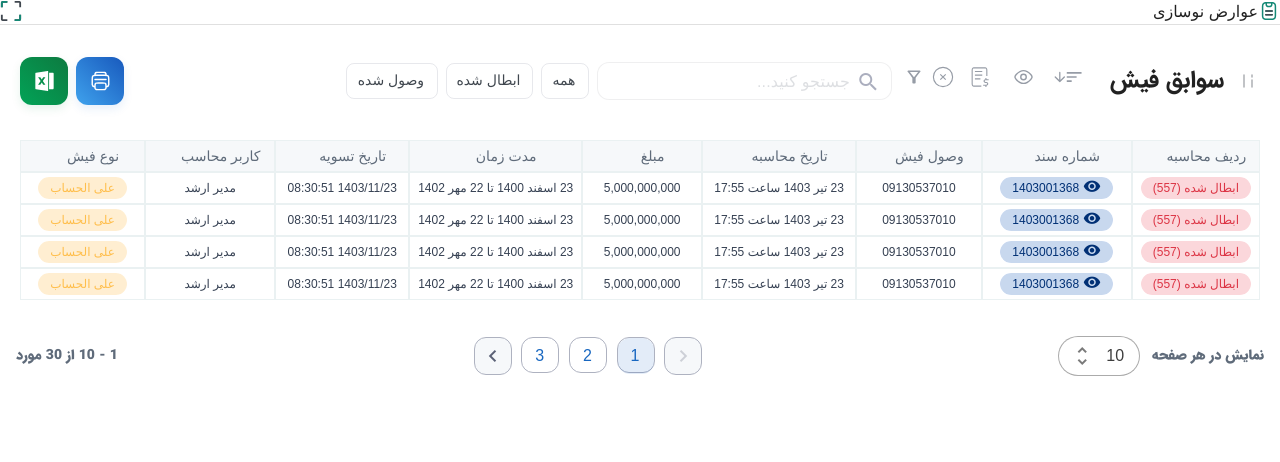
Repository: mobinazarein/data-table
Page: /
An editor plug-in stored every save of this project. The page is shown before and after the next save, followed by the edit.
The browser window is 1280 px wide. The pictures show the whole page.
Some web fonts or font styles are not loaded; a fallback is used. The project was rebuilt for these pictures with package versions that can differ from the ones it lists, and the page was loaded fresh each time. Also part of the build but not shown: vue.config.js.

Above is the page before, as saved 2025-03-26 13:32:48.

### public/index.html
<!DOCTYPE html>
<html lang="en" dir="rtl">
  <head>
    <meta charset="utf-8">
    <meta http-equiv="X-UA-Compatible" content="IE=edge">
    <meta name="viewport" content="width=device-width,initial-scale=1.0">
    <link rel="icon" href="<%= BASE_URL %>favicon.ico">
    <title><%= htmlWebpackPlugin.options.title %></title>
  </head>
  <body>
    <noscript>
      <strong>We're sorry but <%= htmlWebpackPlugin.options.title %> doesn't
        work properly without JavaScript enabled. Please enable it to
        continue.</strong>
    </noscript>
    <div id="app"></div>
    <!-- built files will be auto injected -->
  </body>
</html>

### src/App.vue
<template>
  <v-app dir="rtl">
    <v-locale-provider :rtl="true">
      <div dir="rtl">
        <TopHeader />
        <DataTable :headers="pageData.headers" :items="pageData.items" :showExportButtons="true" :itemsPerPage="20"
          :showSearchBtn="true" :items-per-page="10" :customStyles="[
            { key: 'row', bgColor: '#FFEEF0', textColor: '#DC3545' },
            { key: 'documentNumber', bgColor: '#E4EFFF', textColor: '#013075', icon: 'mdi-eye', iconColor: '#013075', iconSize: '18px' },
            { key: 'receiptType', bgColor: '#FFBE4C26', textColor: '#FFBE4C' }
          ]" title="سوابق فیش" :iconComponent="PauseIcon"
          :iconList="[PaginationIcon, EyeIcon, InvoiceIcon, CircleCross, FilterIcon]"
          :mobileIconList="[PaginationIcon, EyeIcon, InvoiceIcon, CircleCross, FilterIcon, PrinterIcon, ExcelIcon]"
          :buttons="pageData.buttonList" :mobileFilterButtons="pageData.mobileBtn" :actions="actions" />
      </div>
    </v-locale-provider>
  </v-app>
</template>

<script setup>
import TopHeader from './layouts/TopHeader.vue';
import DataTable from './components/DataTable.vue';
import PauseIcon from './assets/Icons/PauseIcon.vue';
import PaginationIcon from '@/assets/Icons/PaginationIcon.vue';
import EyeIcon from '@/assets/Icons/EyeIcon.vue';
import InvoiceIcon from '@/assets/Icons/InvoiceIcon.vue';
import CircleCross from '@/assets/Icons/CircleCross.vue';
import FilterIcon from '@/assets/Icons/FilterIcon.vue';
import PrinterIcon from '@/assets/Icons/PrinterIcon.vue';
import ExcelIcon from '@/assets/Icons/ExcelIcon.vue';
import { ref } from 'vue';
const pageData = ref({
  headers: [
    { title: 'ردیف محاسبه', key: 'row', align: 'center', sortable: true, width: '121px' },
    { title: 'شماره سند', key: 'documentNumber', align: 'center', sortable: true, width: '165px' },
    { title: 'وصول فیش', key: 'receiptStatus', align: 'center', sortable: true, width: '139px' },
    { title: 'تاریخ محاسبه', key: 'calculationDate', align: 'center', sortable: true, width: '159px' },
    { title: 'مبلغ', key: 'amount', align: 'center', sortable: true, width: '139px' },
    { title: 'مدت زمان', key: 'duration', align: 'center', sortable: true, width: '165px' },
    { title: 'تاریخ تسویه', key: 'settlementDate', align: 'center', sortable: true, width: '139px' },
    { title: 'کاربر محاسب', key: 'user', align: 'center', sortable: true, width: '139px' },
    { title: 'نوع فیش', key: 'receiptType', align: 'center', sortable: true, width: '139px' },
    // { title: 'عملیات', key: 'actions', align: 'center', sortable: true, width: '139px' }
  ],
  items: [
    {
      row: 'ابطال شده (557)',
      documentNumber: '1403001368',
      receiptStatus: '09130537010',
      calculationDate: '23 تیر 1403 ساعت 17:55',
      amount: '5,000,000,000',
      duration: '23 اسفند 1400 تا 22 مهر 1402',
      settlementDate: '1403/11/23 08:30:51',
      user: 'مدیر ارشد',
      receiptType: 'علی الحساب',
    },
    {
      row: 'ابطال شده (557)',
      documentNumber: '1403001368',
      receiptStatus: '09130537010',
      calculationDate: '23 تیر 1403 ساعت 17:55',
      amount: '5,000,000,000',
      duration: '23 اسفند 1400 تا 22 مهر 1402',
      settlementDate: '1403/11/23 08:30:51',
      user: 'مدیر ارشد',
      receiptType: 'علی الحساب'
    },
    {
      row: 'ابطال شده (557)',
      documentNumber: '1403001368',
      receiptStatus: '09130537010',
      calculationDate: '23 تیر 1403 ساعت 17:55',
      amount: '5,000,000,000',
      duration: '23 اسفند 1400 تا 22 مهر 1402',
      settlementDate: '1403/11/23 08:30:51',
      user: 'مدیر ارشد',
      receiptType: 'علی الحساب'
    }, {
      row: 'ابطال شده (557)',
      documentNumber: '1403001368',
      receiptStatus: '09130537010',
      calculationDate: '23 تیر 1403 ساعت 17:55',
      amount: '5,000,000,000',
      duration: '23 اسفند 1400 تا 22 مهر 1402',
      settlementDate: '1403/11/23 08:30:51',
      user: 'مدیر ارشد',
      receiptType: 'علی الحساب'
    }
  ],
  buttonList: [
    { label: 'همه', width: 48 },
    { label: 'ابطال شده', width: 87 },
    { label: 'وصول شده', width: 92 },
  ],
  mobileBtn: [
    { label: "همه", width: 44, borderRadius: 62 },
    { label: "ابطال شده", width: 80, borderRadius: 42 },
    { label: "وصول شده", width: 89, borderRadius: 42 }
  ]
}).value;
const actions = [
  { icon: 'mdi-pencil', method: editItem },
  { icon: 'mdi-delete', method: deleteItem },
];
function editItem() {
  console.log('edit');
}
function deleteItem() {
  console.log('delete');

}
</script>
<style>
body {
  font-family: "IRANSans", sans-serif;
}
</style>

### src/assets/base.scss
// @import "./styles/fonts";

*,
*::before,
*::after {
  box-sizing: border-box;
  margin: 0;
  font-weight: normal;
  font-family: "IRANSans", sans-serif;
  letter-spacing: 0;
}

body {
  font-family: "IRANSans", sans-serif !important;
}
h1,
h2 {
  font-family: "IRANSans", sans-serif;
  font-weight: 700;
}
p {
  font-family: "IRANSans", sans-serif;
  font-weight: 400;
}
.v-field.v-field--center-affix.v-field--prepended.v-field--variant-outlined.v-theme--light.v-locale--is-rtl {
  border-radius: 12px !important;
}
.v-field__prepend-inner {
  color: #737993;
}

label.v-label.v-field-label {
  color: #c7cacf;
}

.v-field.v-field--center-affix.v-field--prepended.v-field--variant-outlined.v-theme--light.v-locale--is-rtl {
  color: #77787f4d;
}
/* .v-table__wrapper {
  overflow: hidden;
} */
.v-data-table thead {
  background-color: #f6f8fa !important;
  width: 138.41665649414062px;
  height: 32px !important;
}

.v-data-table thead th {
  height: 32px !important;
  color: #5f6b7a !important;
  font-weight: 700 !important;
  border: 1px solid #eaf1f2 !important;
  padding: 0 8px !important;
}

.v-data-table tbody tr td {
  height: 32px !important;
  color: #364153 !important;
  font-weight: 500 !important;
  border: 1px solid #eaf1f2 !important;
  white-space: nowrap !important;
  overflow: hidden !important;
  text-overflow: ellipsis !important;
  height: 32px !important;
  padding: 0 8px !important;
  font-size: 12px !important;
  padding: 0 8px !important;
  font-weight: 400 !important;
}

.v-data-table tbody tr {
  height: 32px !important;
}

td.v-data-table__td.v-data-table-column--align-center {
  font-size: 12px !important;
  height: 32px !important;
}

th {
  white-space: nowrap;
}

.custom-pagination .v-pagination__item {
  border-radius: 12px !important;
  min-width: 36px !important;
  height: 36px !important;
  font-size: 14px !important;
  color: #5b6176 !important;
  border: 1px solid #aeb2c0 !important;
}

.custom-pagination .v-pagination__item--active {
  border-radius: 12px !important;
  min-width: 36px !important;
  height: 36px !important;
  background-color: #b8dada !important;
  color: #148976 !important;
  border: 1px solid #148976 !important;
  font-weight: bold !important;
  box-shadow: none !important;
}
button.v-btn.v-btn--icon.v-theme--light.text-primary.v-btn--density-comfortable.v-btn--rounded.v-btn--size-default.v-btn--variant-text {
  border-radius: 12px !important;
}

.custom-pagination .v-pagination__prev,
.custom-pagination .v-pagination__next {
  border-radius: 12px !important;
  background-color: #f6f8fa !important;
  color: #5b6176 !important;
  border: 1px solid #aeb2c0 !important;
}
.mdi-chevron-right::before {
  color: #5b6176 !important;
}

.mdi-chevron-left::before {
  color: #5b6176 !important;
}

.custom-pagination .v-pagination__prev:hover,
.custom-pagination .v-pagination__next:hover,
.custom-pagination .v-pagination__prev:focus,
.custom-pagination .v-pagination__next:focus,
.custom-pagination .v-pagination__prev.v-pagination__item--active,
.custom-pagination .v-pagination__next.v-pagination__item--active {
  border: 1px solid #148976 !important;
  color: #148976 !important;
}

.custom-pagination .v-pagination__item--active,
.custom-pagination .v-pagination__item:focus {
  border-radius: 12px !important;
  min-width: 36px !important;
  height: 36px !important;
  background-color: #d8eef2 !important;
  color: #148976 !important;
  border: 1px solid #148976 !important;
  font-weight: bold !important;
}

.custom-pagination .v-pagination__item:hover {
  border: 1px solid #148976 !important;
  color: #148976 !important;
}

.custom-pagination .v-pagination__prev:hover,
.custom-pagination .v-pagination__next:hover {
  border: 1px solid #148976 !important;
  color: #148976 !important;
}

### src/layouts/TopHeader.vue
<template>
    <div class="d-flex justify-space-between items-center p-6 border-b border-[#ADB0B433] select-none">
        <div class="d-flex flex-row gap-x-1.25">
            <ClipBoard />
            <div class="h-5 text-nowrap">عوارض نوسازی</div>
        </div>
        <FullScreen class="cursor-pointer" @click="toggleFullscreen" />
    </div>
</template>
<script setup>
import ClipBoard from "../assets/Icons/headers/ClipboardIcon.vue";
import FullScreen from "../assets/Icons/headers/FullScreen.vue";
const toggleFullscreen = () => {
    if (document.fullscreenElement) {
        if (document.exitFullscreen) {
            document.exitFullscreen();
        } else if (document.webkitExitFullscreen) {
            // Safari
            document.webkitExitFullscreen();
        } else if (document.mozCancelFullScreen) {
            // Firefox
            document.mozCancelFullScreen();
        } else if (document.msExitFullscreen) {
            // IE/Edge
            document.msExitFullscreen();
        }
    } else {
        const doc = document.documentElement;
        if (doc.requestFullscreen) {
            doc.requestFullscreen();
        } else if (doc.mozRequestFullScreen) {
            // Firefox
            doc.mozRequestFullScreen();
        } else if (doc.webkitRequestFullscreen) {
            // Chrome, Safari, Opera
            doc.webkitRequestFullscreen();
        } else if (doc.msRequestFullscreen) {
            // IE/Edge
            doc.msRequestFullscreen();
        }
    }
};
</script>
<style scoped></style>

### src/assets/Icons/PauseIcon.vue
<template>
    <svg width="24" height="24" viewBox="0 0 24 24" fill="none" xmlns="http://www.w3.org/2000/svg">
        <path d="M8 6V18M16 6V8M16 18V11" stroke="#ADB0B4" stroke-width="1.5" stroke-linecap="round"
            stroke-linejoin="round" />
    </svg>
</template>

### src/assets/Icons/PaginationIcon.vue
<template>
    <svg width="36" height="48" viewBox="0 0 36 48" fill="none" xmlns="http://www.w3.org/2000/svg">
<path d="M9.79481 19.4529V28.5469M9.79481 28.5469L14.3418 23.9999M9.79481 28.5469L5.2478 23.9999" stroke="#969CA6" stroke-width="1.29915" stroke-linecap="round" stroke-linejoin="round"/>
<path d="M16.7693 28.9231H21.6924V27.282H16.7693V28.9231ZM16.7693 19.0769V20.7179H31.5385V19.0769H16.7693ZM16.7693 24.8205H26.6154V23.1795H16.7693V24.8205Z" fill="#969CA6"/>
</svg>
</template>

### src/assets/Icons/EyeIcon.vue
<template>
    <svg width="37" height="48" viewBox="0 0 37 48" fill="none" xmlns="http://www.w3.org/2000/svg">
<path d="M18.5 17.5833C21.4713 17.5833 24.0781 19.7396 25.7446 21.5522C26.4843 22.3568 26.8542 22.7591 26.979 23.5925C27.0096 23.7966 27.0096 24.2033 26.979 24.4073C26.8542 25.2407 26.4843 25.643 25.7446 26.4477C24.0781 28.2603 21.4713 30.4166 18.5 30.4166C15.5288 30.4166 12.922 28.2603 11.2555 26.4477C10.5158 25.643 10.1459 25.2407 10.0211 24.4073C9.99049 24.2033 9.99049 23.7966 10.0211 23.5925C10.1459 22.7591 10.5158 22.3568 11.2555 21.5522C12.922 19.7396 15.5288 17.5833 18.5 17.5833Z" stroke="#969CA6" stroke-width="1.375" stroke-linejoin="round"/>
<path d="M21.25 24C21.25 25.5188 20.0188 26.75 18.5 26.75C16.9812 26.75 15.75 25.5188 15.75 24C15.75 22.4812 16.9812 21.25 18.5 21.25C20.0188 21.25 21.25 22.4812 21.25 24Z" stroke="#969CA6" stroke-width="1.375" stroke-linejoin="round"/>
</svg>
</template>

### src/assets/Icons/InvoiceIcon.vue
<template>
    <svg width="35" height="48" viewBox="0 0 35 48" fill="none" xmlns="http://www.w3.org/2000/svg">
<path d="M26.6666 26.1999H23.9166V27.2999H26.6666V26.1999ZM23.9166 26.1999H23.4583V27.2999H23.9166V26.1999ZM23.4583 30.0499H24.375V28.9499H23.4583V30.0499ZM24.375 31.6999H23.9166V32.7999H24.375V31.6999ZM23.9166 31.6999H21.1666V32.7999H23.9166V31.6999ZM25.2 30.8749C25.2 31.3306 24.8306 31.6999 24.375 31.6999V32.7999C25.4381 32.7999 26.3 31.9381 26.3 30.8749H25.2ZM24.375 30.0499C24.8306 30.0499 25.2 30.4193 25.2 30.8749H26.3C26.3 29.8118 25.4381 28.9499 24.375 28.9499V30.0499ZM21.5333 28.1249C21.5333 29.1881 22.3951 30.0499 23.4583 30.0499V28.9499C23.0027 28.9499 22.6333 28.5806 22.6333 28.1249H21.5333ZM23.4583 26.1999C22.3951 26.1999 21.5333 27.0618 21.5333 28.1249H22.6333C22.6333 27.6693 23.0027 27.2999 23.4583 27.2999V26.1999ZM24.4666 26.7499V24.9166H23.3666V26.7499H24.4666ZM23.3666 32.2499V34.0833H24.4666V32.2499H23.3666ZM13.8333 15.3833H21.1666V14.2833H13.8333V15.3833ZM19.3333 32.6166H13.8333V33.7166H19.3333V32.6166ZM10.7166 29.4999V18.4999H9.61663V29.4999H10.7166ZM13.8333 32.6166C12.9535 32.6166 12.349 32.6154 11.8949 32.5544C11.4567 32.4954 11.2418 32.39 11.0925 32.2407L10.3147 33.0185C10.7024 33.4062 11.1881 33.5692 11.7483 33.6446C12.2928 33.7178 12.9846 33.7166 13.8333 33.7166V32.6166ZM9.61663 29.4999C9.61663 30.3486 9.61546 31.0405 9.68865 31.5849C9.76397 32.1451 9.92698 32.6308 10.3147 33.0185L11.0925 32.2407C10.9432 32.0914 10.8378 31.8766 10.7788 31.4383C10.7178 30.9842 10.7166 30.3797 10.7166 29.4999H9.61663ZM21.1666 15.3833C22.0464 15.3833 22.6509 15.3844 23.105 15.4455C23.5433 15.5044 23.7582 15.6099 23.9074 15.7591L24.6852 14.9813C24.2975 14.5936 23.8118 14.4306 23.2516 14.3553C22.7072 14.2821 22.0153 14.2833 21.1666 14.2833V15.3833ZM25.3833 18.4999C25.3833 17.6512 25.3845 16.9594 25.3113 16.415C25.2359 15.8547 25.0729 15.369 24.6852 14.9813L23.9074 15.7591C24.0567 15.9084 24.1622 16.1233 24.2211 16.5615C24.2821 17.0156 24.2833 17.6201 24.2833 18.4999H25.3833ZM13.8333 14.2833C12.9846 14.2833 12.2928 14.2821 11.7483 14.3553C11.1881 14.4306 10.7024 14.5936 10.3147 14.9813L11.0925 15.7591C11.2418 15.6099 11.4567 15.5044 11.8949 15.4455C12.349 15.3844 12.9535 15.3833 13.8333 15.3833V14.2833ZM10.7166 18.4999C10.7166 17.6201 10.7178 17.0156 10.7788 16.5615C10.8378 16.1233 10.9432 15.9084 11.0925 15.7591L10.3147 14.9813C9.92698 15.369 9.76397 15.8547 9.68865 16.415C9.61546 16.9594 9.61663 17.6512 9.61663 18.4999H10.7166ZM24.2833 18.4999V23.0833H25.3833V18.4999H24.2833ZM12.9166 19.0499H20.25V17.9499H12.9166V19.0499ZM12.9166 22.7166H20.25V21.6166H12.9166V22.7166ZM12.9166 26.3833H18.4166V25.2833H12.9166V26.3833Z" fill="#969CA6"/>
</svg>
</template>

### src/assets/Icons/CircleCross.vue
<template>
    <svg width="22" height="22" viewBox="0 0 21 20" fill="none" xmlns="http://www.w3.org/2000/svg">
        <path
            d="M7.90736 7.40719L13.0928 12.5926M13.0927 7.40719L7.90726 12.5926M19.6667 9.99992C19.6667 15.0625 15.5627 19.1666 10.5 19.1666C5.43743 19.1666 1.33337 15.0625 1.33337 9.99992C1.33337 4.93731 5.43743 0.833252 10.5 0.833252C15.5627 0.833252 19.6667 4.93731 19.6667 9.99992Z"
            stroke="#969CA6" stroke-width="1.1" />
    </svg>
</template>

### src/assets/Icons/FilterIcon.vue
<template>
    <svg width="20" height="20" viewBox="0 0 20 20" fill="none" xmlns="http://www.w3.org/2000/svg">
<path d="M5.90159 5.07682H14.1067L9.99595 10.246L5.90159 5.07682ZM3.64518 4.75682C5.30262 6.88194 8.36313 10.8204 8.36313 10.8204V15.7435C8.36313 16.1948 8.73236 16.564 9.18364 16.564H10.8247C11.276 16.564 11.6452 16.1948 11.6452 15.7435V10.8204C11.6452 10.8204 14.6975 6.88194 16.3549 4.75682C16.7734 4.21528 16.3877 3.43579 15.7067 3.43579H4.29339C3.61236 3.43579 3.22672 4.21528 3.64518 4.75682Z" fill="#969CA6"/>
</svg>
</template>

### src/assets/Icons/PrinterIcon.vue
<template>
    <svg
      width="23"
      height="24"
      viewBox="0 0 23 24"
      fill="none"
      xmlns="http://www.w3.org/2000/svg"
      :style="{ color: iconColor }"
    >
      <path
        d="M6 10.5641H17M6 17.7447V17.7447C5.66891 17.7447 5.50337 17.7447 5.36418 17.7283C4.26359 17.599 3.39569 16.7311 3.26636 15.6305C3.25 15.4913 3.25 15.3257 3.25 14.9947V10.5641C3.25 8.76909 3.25 7.87158 3.70712 7.24241C3.85475 7.03921 4.03345 6.86052 4.23664 6.71289C4.86582 6.25577 5.76332 6.25577 7.55833 6.25577H15.4417C17.2367 6.25577 18.1342 6.25577 18.7634 6.71289C18.9666 6.86052 19.1452 7.03921 19.2929 7.24241C19.75 7.87158 19.75 8.76909 19.75 10.5641V14.9947C19.75 15.3257 19.75 15.4913 19.7336 15.6305C19.6043 16.7311 18.7364 17.599 17.6358 17.7283C17.4966 17.7447 17.3311 17.7447 17 17.7447V17.7447M6 17.7447V17.7447C6 18.6368 6 19.0829 6.14576 19.4348C6.3401 19.904 6.71286 20.2768 7.18205 20.4711C7.53393 20.6169 7.98003 20.6169 8.87222 20.6169H14.1278C15.02 20.6169 15.4661 20.6169 15.818 20.4711C16.2871 20.2768 16.6599 19.904 16.8542 19.4348C17 19.0829 17 18.6368 17 17.7447V17.7447M6 17.7447V17.3617C6 15.9257 6 15.2077 6.3657 14.7043C6.4838 14.5418 6.62676 14.3988 6.78931 14.2807C7.29265 13.915 8.01066 13.915 9.44667 13.915H13.5533C14.9893 13.915 15.7073 13.915 16.2107 14.2807C16.3732 14.3988 16.5162 14.5418 16.6343 14.7043C17 15.2077 17 15.9257 17 17.3617V17.7447M17 6.25577V6.25577C17 5.36358 17 4.91748 16.8542 4.56559C16.6599 4.09641 16.2871 3.72364 15.818 3.5293C15.4661 3.38354 15.02 3.38354 14.1278 3.38354H8.87222C7.98003 3.38354 7.53393 3.38354 7.18205 3.5293C6.71286 3.72364 6.3401 4.09641 6.14576 4.56559C6 4.91748 6 5.36358 6 6.25577V6.25577H17Z"
        stroke="currentColor"
        stroke-width="1.43611"
        stroke-linecap="round"
        stroke-linejoin="round"
      />
    </svg>
  </template>

  <script setup>
  import { defineProps } from 'vue';

  defineProps({
    iconColor: {
      type: String,
      default: 'white',
    },
  });
  </script>

### src/assets/Icons/ExcelIcon.vue
<template>
    <svg
      width="23"
      height="22"
      viewBox="0 0 23 22"
      fill="none"
      xmlns="http://www.w3.org/2000/svg"
      :style="{ color: iconColor }"
    >
      <g clip-path="url(#clip0_397_6997)">
        <path
          d="M3.12085 2.63712L14.6434 0.991705C14.7084 0.982376 14.7747 0.987136 14.8377 1.00566C14.9007 1.02419 14.959 1.05604 15.0087 1.09908C15.0583 1.14211 15.0981 1.19531 15.1254 1.25507C15.1527 1.31483 15.1668 1.37976 15.1668 1.44546V20.5543C15.1668 20.6199 15.1527 20.6847 15.1254 20.7444C15.0982 20.8041 15.0585 20.8573 15.009 20.9003C14.9594 20.9433 14.9012 20.9752 14.8383 20.9938C14.7754 21.0124 14.7092 21.0172 14.6443 21.008L3.11994 19.3626C2.90142 19.3315 2.70147 19.2226 2.55682 19.0559C2.41216 18.8892 2.33252 18.6758 2.33252 18.4551V3.54462C2.33252 3.3239 2.41216 3.11059 2.55682 2.94388C2.70147 2.77716 2.90234 2.66824 3.12085 2.63712ZM16.0834 2.74987H19.7501C19.9932 2.74987 20.2264 2.84645 20.3983 3.01836C20.5702 3.19027 20.6668 3.42342 20.6668 3.66654V18.3332C20.6668 18.5763 20.5702 18.8095 20.3983 18.9814C20.2264 19.1533 19.9932 19.2499 19.7501 19.2499H16.0834V2.74987ZM9.8501 10.9999L12.4168 7.33321H10.2168L8.7501 9.42871L7.28344 7.33321H5.08344L7.6501 10.9999L5.08344 14.6665H7.28344L8.7501 12.571L10.2168 14.6665H12.4168L9.8501 10.9999Z"
          fill="currentColor"
        />
      </g>
      <defs>
        <clipPath id="clip0_397_6997">
          <rect width="22" height="22" fill="white" transform="translate(0.5)" />
        </clipPath>
      </defs>
    </svg>
  </template>

  <script setup>
  import { defineProps } from 'vue';

  defineProps({
    iconColor: {
      type: String,
      default: 'white',
    },
  });
  </script>

### src/assets/styles/_fonts.scss
@font-face {
  font-family: "IRANSans";
  src: url("/public/fonts/IRANSans.woff2") format("woff2");
  font-weight: 400;
  font-style: normal;
  font-display: swap;
}

@font-face {
  font-family: "IRANSans";
  src: url("/public/fonts/IRANSans_Black.woff2") format("woff2");
  font-weight: 500;
  font-style: normal;
  font-display: swap;
}

@font-face {
  font-family: "IRANSans";
  src: url("/public/fonts/IRANSans_Bold.woff2") format("woff2");
  font-weight: 800;
  font-style: normal;
  font-display: swap;
}

### src/assets/Icons/headers/FullScreen.vue
<template>
  <svg width="22" height="22" viewBox="0 0 22 22" fill="none" xmlns="http://www.w3.org/2000/svg">
    <g clip-path="url(#clip0_762_4180)">
      <path
        d="M3.66676 2.74973C3.20873 2.74973 2.95741 2.75168 2.78307 2.77512L2.7764 2.77603L2.77548 2.78271C2.75204 2.95705 2.75009 3.20836 2.75009 3.6664V7.33306H0.916761L0.916755 3.61652C0.916678 3.22779 0.916604 2.85 0.958496 2.53842C1.00572 2.18715 1.12078 1.78631 1.45373 1.45337C1.78668 1.12042 2.18752 1.00536 2.53878 0.95813C2.85037 0.916238 3.22816 0.916312 3.61689 0.916388L7.33343 0.916395V2.74973H3.66676Z"
        fill="#40474F" />
      <path
        d="M18.3334 2.74973C18.7915 2.74973 19.0428 2.75168 19.2171 2.77512L19.2238 2.77603L19.2247 2.78271C19.2481 2.95705 19.2501 3.20836 19.2501 3.6664V7.33306H21.0834L21.0834 3.61652C21.0835 3.22781 21.0836 2.84999 21.0417 2.53842C20.9945 2.18715 20.8794 1.78631 20.5465 1.45337C20.2135 1.12042 19.8127 1.00536 19.4614 0.95813C19.1498 0.916238 18.772 0.916312 18.3833 0.916388L14.6668 0.916395V2.74973H18.3334Z"
        fill="#40474F" />
      <path
        d="M18.3334 19.2497C18.7915 19.2497 19.0428 19.2478 19.2171 19.2243L19.2238 19.2234L19.2247 19.2167C19.2481 19.0424 19.2501 18.7911 19.2501 18.333V14.6664H21.0834L21.0834 18.3829C21.0835 18.7716 21.0836 19.1494 21.0417 19.461C20.9945 19.8123 20.8794 20.2131 20.5465 20.5461C20.2135 20.879 19.8127 20.9941 19.4614 21.0413C19.1498 21.0832 18.772 21.0831 18.3833 21.083L14.6668 21.083V19.2497H18.3334Z"
        fill="#40474F" />
      <path
        d="M2.78307 19.2243C2.95741 19.2478 3.20873 19.2497 3.66676 19.2497H7.33343V21.083L3.61689 21.083C3.22816 21.0831 2.85037 21.0832 2.53878 21.0413C2.18752 20.9941 1.78668 20.879 1.45373 20.5461C1.12078 20.2131 1.00572 19.8123 0.958496 19.461C0.916603 19.1494 0.916678 18.7716 0.916755 18.3829L0.916761 14.6664H2.75009V18.333C2.75009 18.7911 2.75204 19.0424 2.77548 19.2167L2.7764 19.2234L2.78307 19.2243Z"
        fill="#40474F" />
    </g>
    <path
      d="M3.66652 2.74985C3.20848 2.74985 2.95717 2.7518 2.78283 2.77524L2.77615 2.77615L2.77524 2.78283C2.7518 2.95717 2.74985 3.20848 2.74985 3.66652V7.33318H0.916517L0.91651 3.61664C0.916434 3.22791 0.91636 2.85013 0.958251 2.53854C1.00548 2.18727 1.12054 1.78644 1.45349 1.45349C1.78643 1.12054 2.18727 1.00548 2.53854 0.958252C2.85013 0.91636 3.22791 0.916434 3.61664 0.91651L7.33318 0.916517V2.74985H3.66652Z"
      fill="#148976" />
    <path
      d="M18.3332 19.2498C18.7912 19.2498 19.0425 19.2479 19.2169 19.2244L19.2235 19.2235L19.2245 19.2168C19.2479 19.0425 19.2498 18.7912 19.2498 18.3332V14.6665H21.0832L21.0832 18.383C21.0833 18.7717 21.0833 19.1496 21.0414 19.4611C20.9942 19.8124 20.8792 20.2132 20.5462 20.5462C20.2133 20.8791 19.8124 20.9942 19.4612 21.0414C19.1496 21.0833 18.7718 21.0832 18.3831 21.0832L14.6665 21.0832V19.2498H18.3332Z"
      fill="#148976" />
    <defs>
      <clipPath id="clip0_762_4180">
        <rect width="22" height="22" fill="white" />
      </clipPath>
    </defs>
  </svg>
</template>

Loaded but not shown: src/plugins/vuetify.js (17 lines, source omitted); src/main.js (9 lines, source omitted); src/components/DataTable.vue (235 lines, source omitted); src/assets/Icons/headers/ClipboardIcon.vue (9 lines, source omitted)

After the next save:
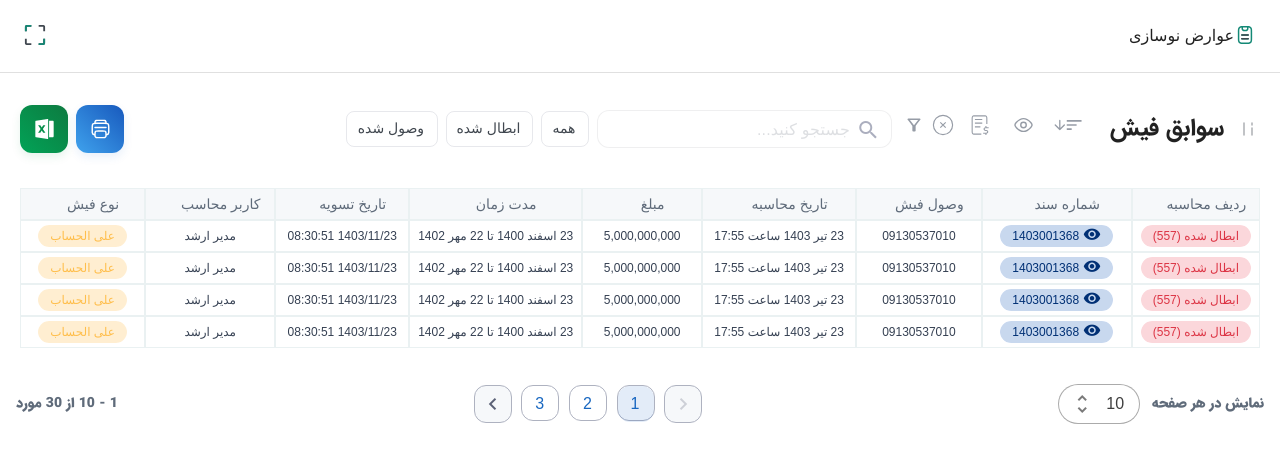
Saved 12 s later.
--- a/src/layouts/TopHeader.vue
+++ b/src/layouts/TopHeader.vue
@@ -1,5 +1,5 @@
 <template>
-    <div class="d-flex justify-space-between items-center p-6 border-b border-[#ADB0B433] select-none">
+    <div class="d-flex justify-space-between items-center pa-6 border-b border-[#ADB0B433] select-none">
         <div class="d-flex flex-row gap-x-1.25">
             <ClipBoard />
             <div class="h-5 text-nowrap">عوارض نوسازی</div>
